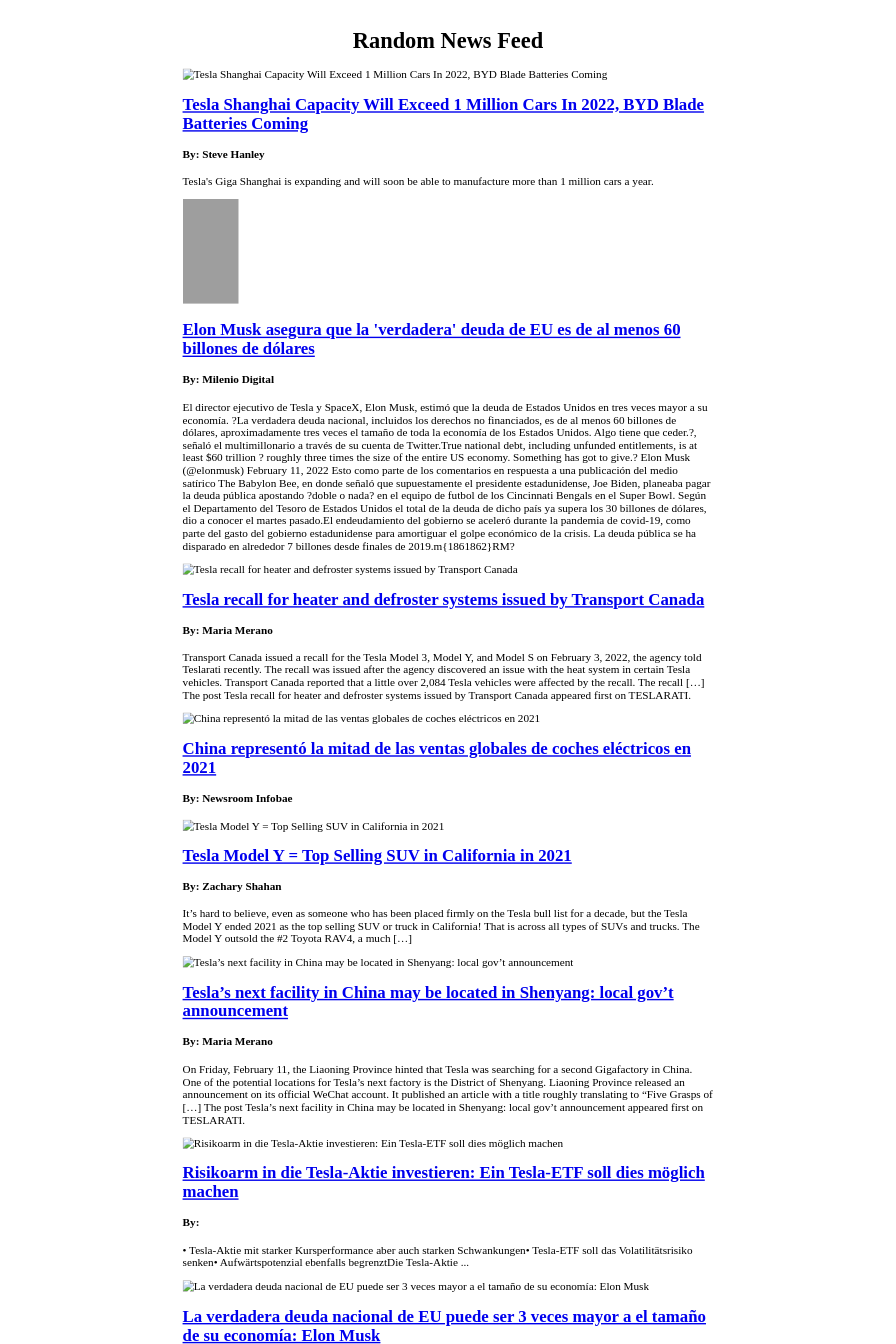
Repository: SamanthaYan298/my_news
Page: /
An editor plug-in stored every save of this project. The page is shown before and after the next save, followed by the edit.
The browser window is 1280 px wide. The pictures show the part of the page from y = 0 to 1920 px (the page is 19288 px tall before and 17538 px after), at 70% of full size.
Pictures or frames that could not be fetched are drawn as grey boxes. The project was rebuilt for these pictures with package versions that can differ from the ones it lists, and the page was loaded fresh each time. Also part of the build but not shown: vite.config.js.

Above is the page before, as saved 2024-09-23 16:55:43.

### src/App.jsx
import news_feed from './sample_news_stories.json';

function App() {

  // Get stories from news feed
  const stories = news_feed.results;

  return (
    <div className="App">
      <h1>Random News Feed</h1>
      <div>
        {stories.map((story, index) => (
          <div key={index}>
            <div>
              <img
                src={story.image_url}
                alt={story.title}
                style={{
                  width: '80px',
                  height: '150px'
                }}
              />
            </div>
            <a href={story.link}><h2>{story.title}</h2></a>
            <h4>By: {story.creator}</h4>
            <p>{story.description}</p>
          </div>
        ))}
      </div>
    </div>
  );
}

export default App;

### src/index.css
.App {
  padding: 10px;
  max-width: 60%;
  margin: auto;
}

.App > h1 {
  text-align: center;
}

.feed {
  display: flex;
  flex-direction: column;
  gap: 1em;
}

.story {
  position: relative;
  padding: 1em;
  box-shadow: 0 1px 2px #aeaeae;
}

.story span.delete {
  position: absolute;
  /* padding: 1px 3px; */
  width: 1rem;
  height: 1rem;
  text-align: center;
  line-height: 0.8;
  top: 0;
  right: 0;
  background: red;
  color: #fff;
  cursor: pointer;
}

.story_header {
  display: flex;
  flex-direction: row;
  gap: 1em;
}

.story_header h1 {
  margin: 0;
  padding: 0;
  font-size: 1.5em;
}

.story_header h1 > a {
  text-decoration: none;
}

.story_creator {
  display: block;
  font-size: 1rem;
  margin-top: 1rem;
}

.story_image {
  max-width: 20%;
}

.story_image img {
  width: 100%;
}

Loaded but not shown: index.html (common file); src/main.jsx (common file); src/sample_news_stories.json (1743 lines, source omitted)

After the next save:
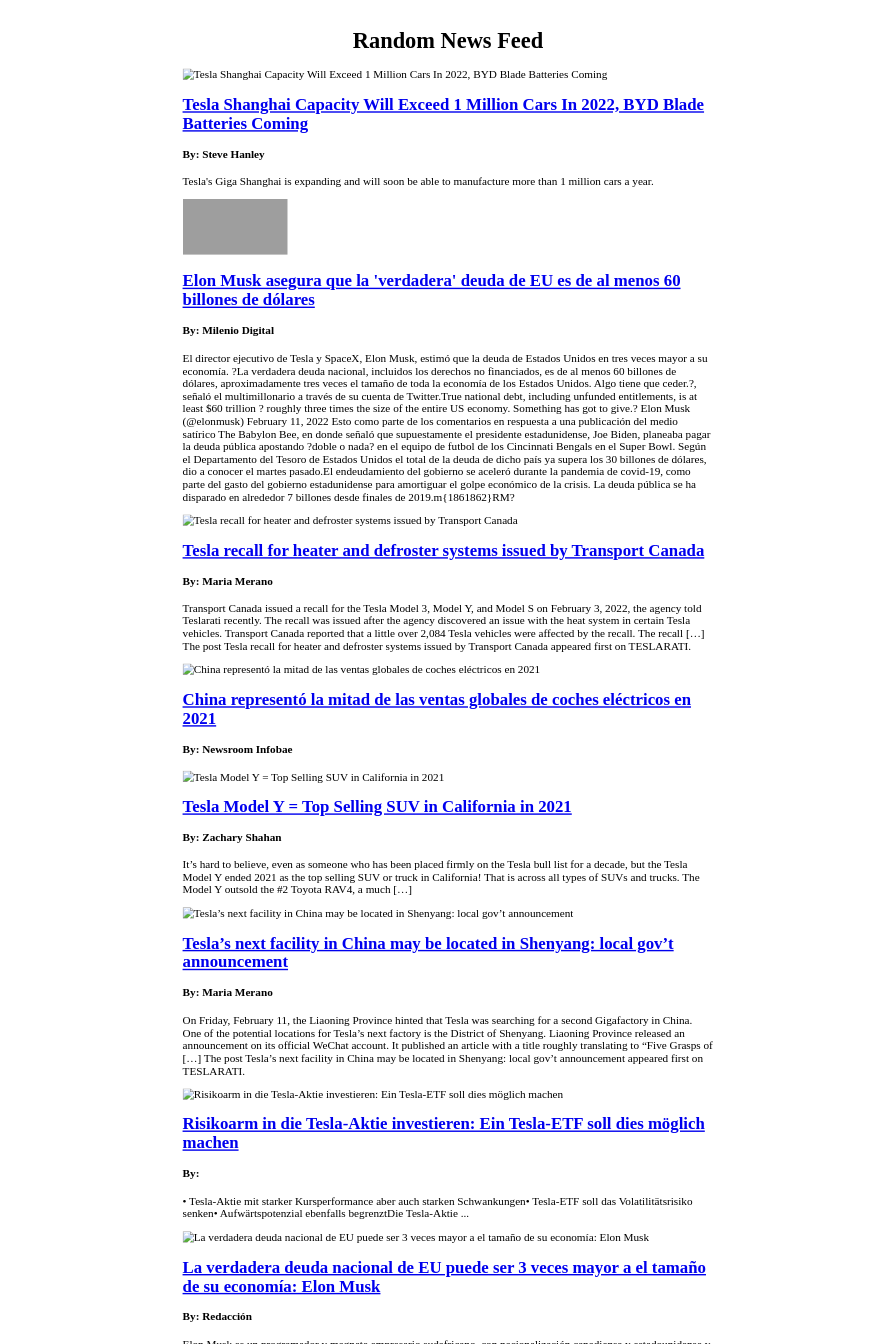
Saved 8 s later.
--- a/src/App.jsx
+++ b/src/App.jsx
@@ -16,8 +16,8 @@
                 src={story.image_url}
                 alt={story.title}
                 style={{
-                  width: '80px',
-                  height: '150px'
+                  width: '150px',
+                  height: '80px'
                 }}
               />
             </div>
